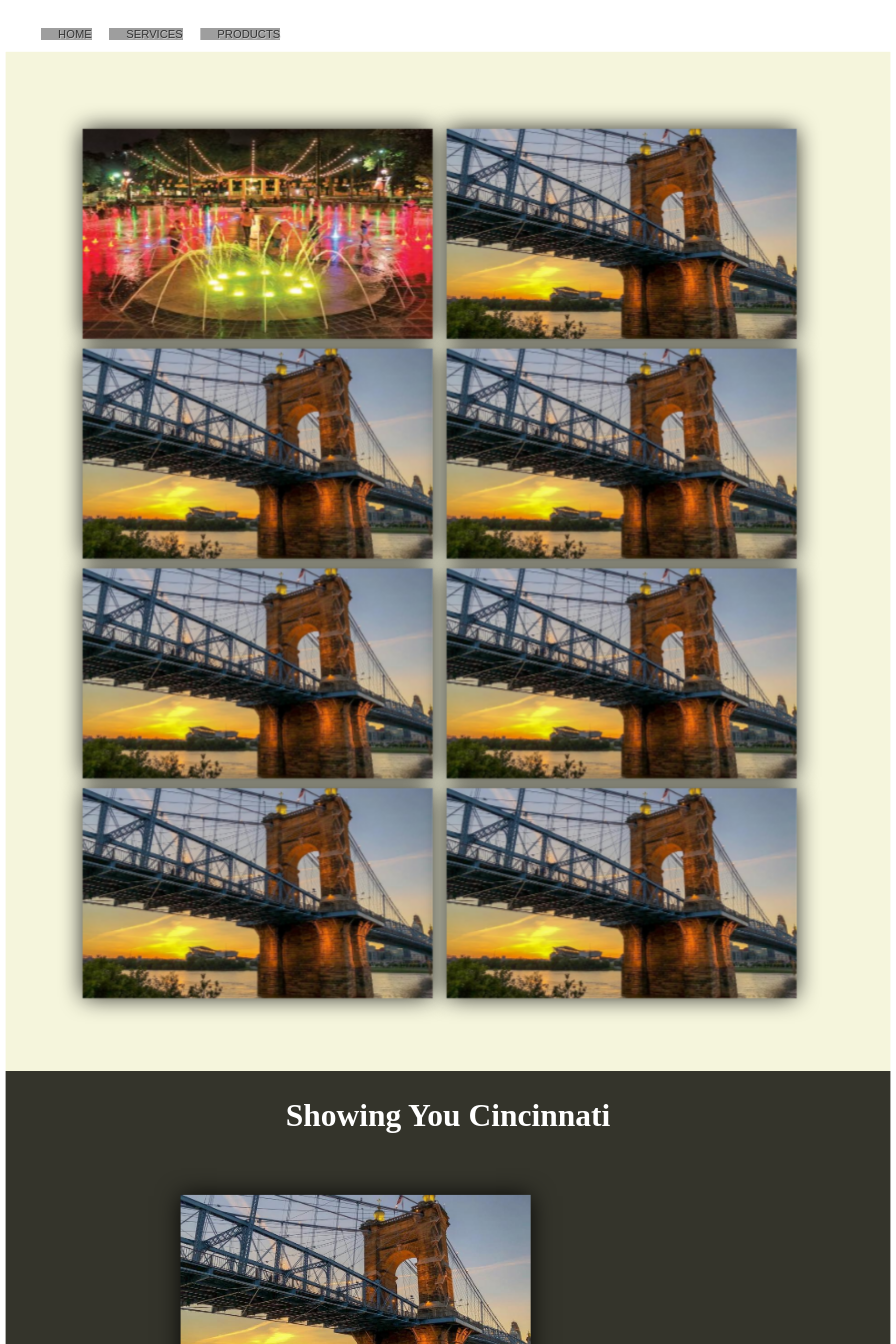
Repository: LtGriff/capstoneprogress
Page: index.html
These files come from the project's save history. The page is drawn as it stood at one moment and after the next save; the edit follows.
The browser window is 1280 px wide. The pictures show the part of the page from y = 0 to 1920 px (the page is 4090 px tall before and 3160 px after), at 70% of full size.
Pictures or frames that could not be fetched are drawn as grey boxes.

Above is the page before, as saved 2022-06-06 03:35:29.
Console error: TypeError: Cannot read properties of null (reading 'addEventListener')

After the next save:
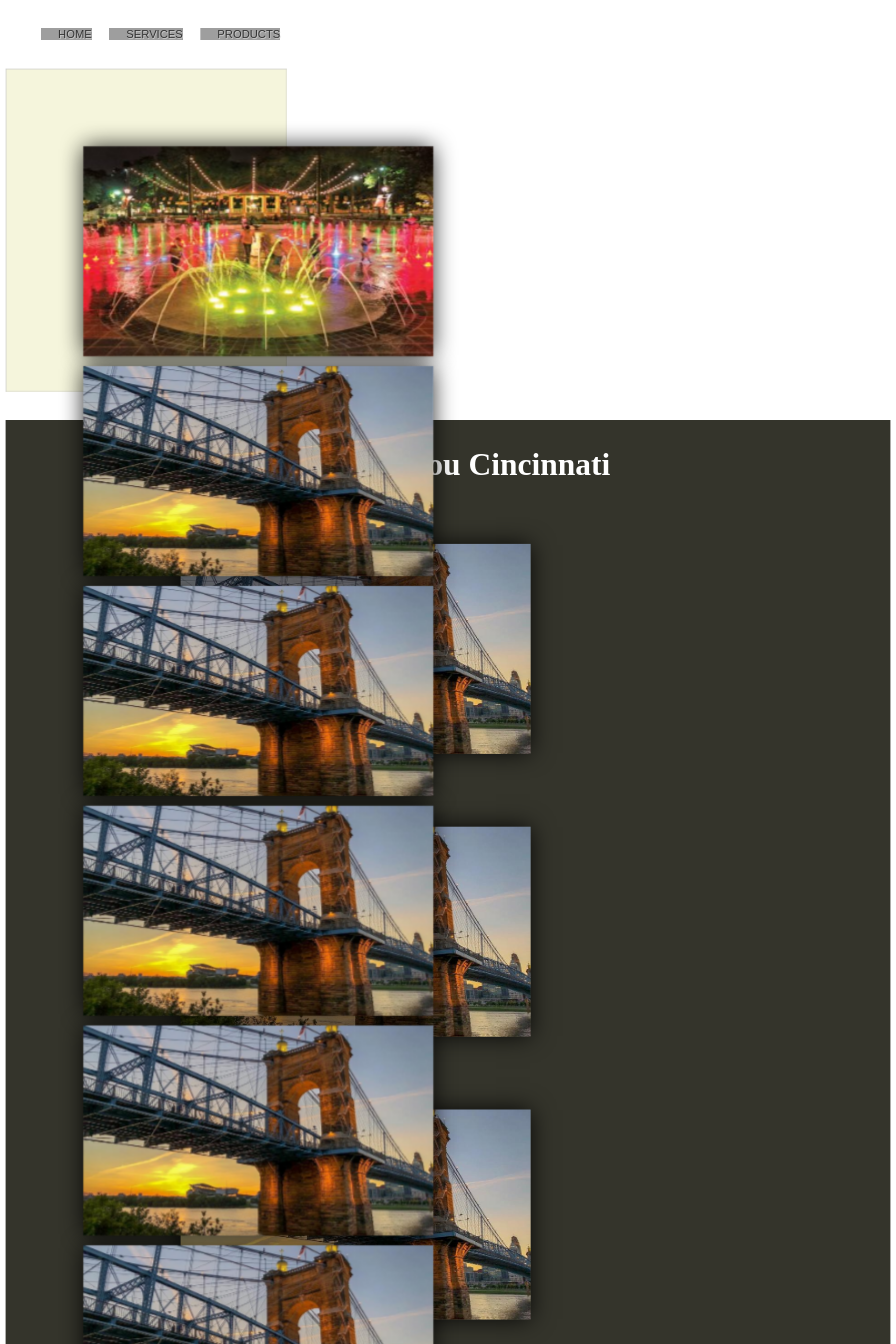
Saved 7 s later.
--- a/style.css
+++ b/style.css
@@ -31,7 +31,11 @@ body { font-family: sans-serif; }
   padding-bottom: 100px;
   padding-top: 100px;
   padding-right: 100px;
-
+  width: 200px;
+  height: 260px;
+  border: 1px solid #CCC;
+  margin: 40px 0;
+  perspective: 600px;
 }
 
 .gallery .card{
